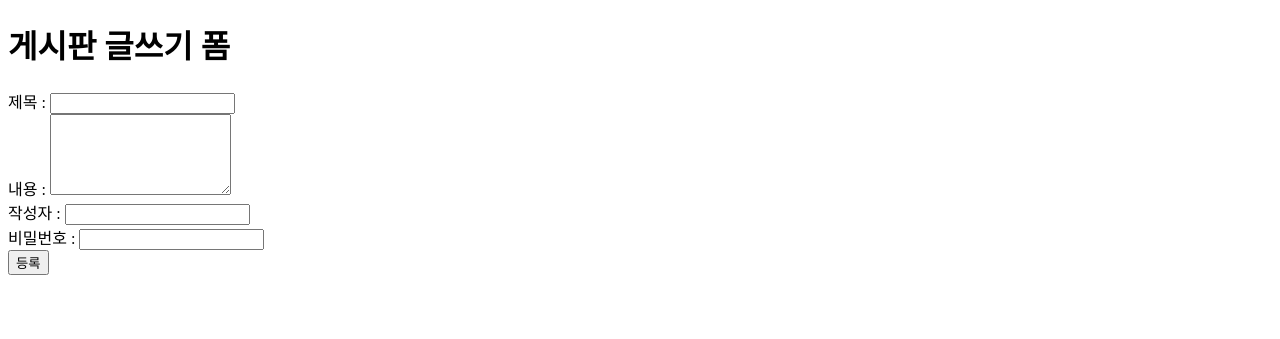
Repository: nsj2204/spring2
Page: http://localhost/ex01/board/write.do
These files come from the project's save history. The page is drawn as it stood at one moment and after the next save; the edit follows.
The browser window is 1280 px wide. The pictures show the whole page.
The page is served by Tomcat 9. Other server files are loaded and not shown.

Above is the page before, as saved 2023-04-06 01:32:02.

### ex01/src/main/webapp/WEB-INF/views/board/write.jsp
<%@ page language="java" contentType="text/html; charset=UTF-8"
    pageEncoding="UTF-8"%>
<!DOCTYPE html>
<html>
<head>
<meta charset="UTF-8">
<title>Insert title here</title>
</head>
<body>
<h1>게시판 글쓰기 폼</h1>
<form action="write.do" method="post">
제목 : <input name="title"><br/>
내용 : <textarea rows="5" cols="content"></textarea><br/>
작성자 : <input name="writer"><br/>
비밀번호 : <input name="pw"><br/>
<button>등록</button>
</form>
</body>
</html>

After the next save:
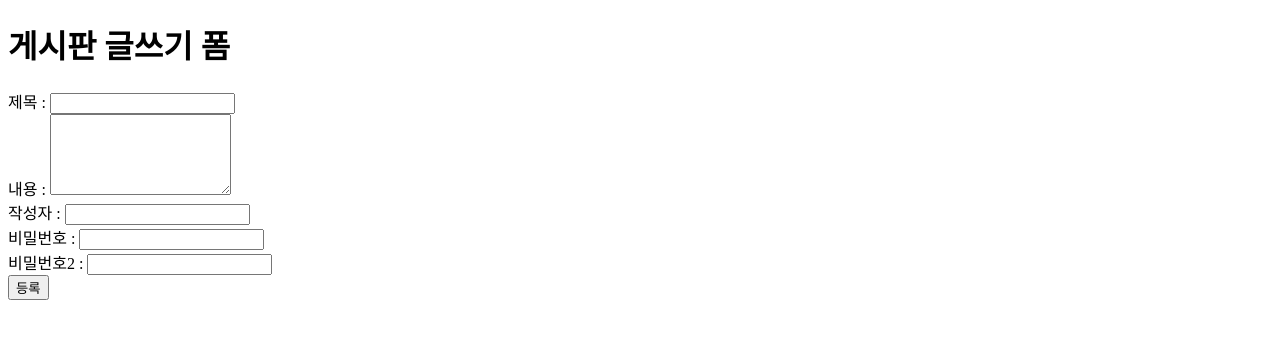
Saved 10 s later.
--- a/ex01/src/main/webapp/WEB-INF/views/board/write.jsp
+++ b/ex01/src/main/webapp/WEB-INF/views/board/write.jsp
@@ -13,6 +13,7 @@
 내용 : <textarea rows="5" cols="content"></textarea><br/>
 작성자 : <input name="writer"><br/>
 비밀번호 : <input name="pw"><br/>
+비밀번호2 : <input name="pw2"><br/>
 <button>등록</button>
 </form>
 </body>
